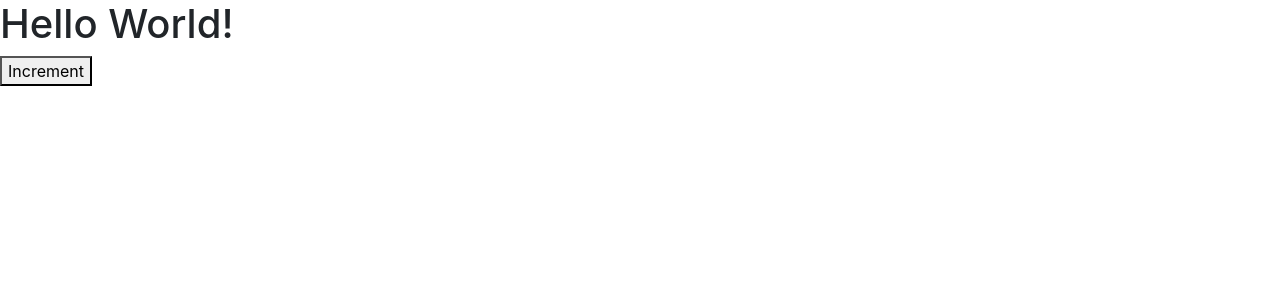
Repository: NikhilSurani/counter-app
Page: /
These files come from the project's save history. The page is drawn as it stood at one moment and after the next save; the edit follows.
The browser window is 1280 px wide. The pictures show the whole page.
The project was rebuilt for these pictures with package versions that can differ from the ones it lists, and the page was loaded fresh each time.

Above is the page before, as saved 2018-12-28 17:54:58.

After the next save:
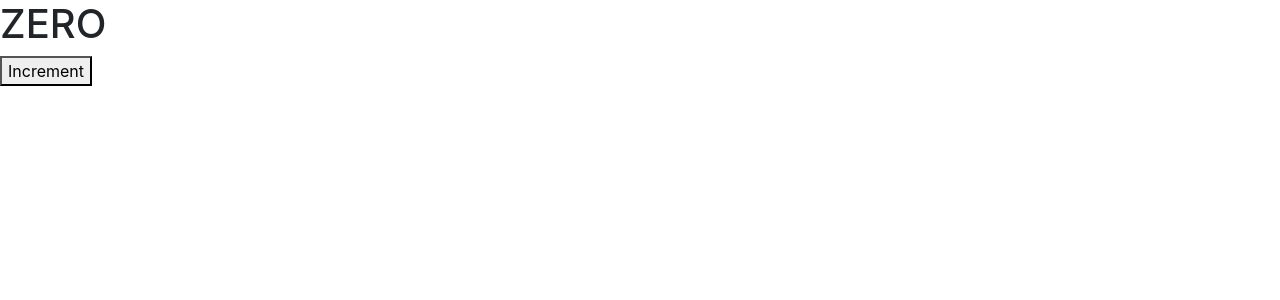
Saved 19 s later.
--- a/src/components/counter.jsx
+++ b/src/components/counter.jsx
@@ -6,7 +6,7 @@ class Counter extends Component {
   render() {
     return (
       <React.Fragment>
-        <h1>Hello World!</h1>
+        <h1>{this.formatCount()}</h1>
         <button>Increment</button>
       </React.Fragment>
     );
